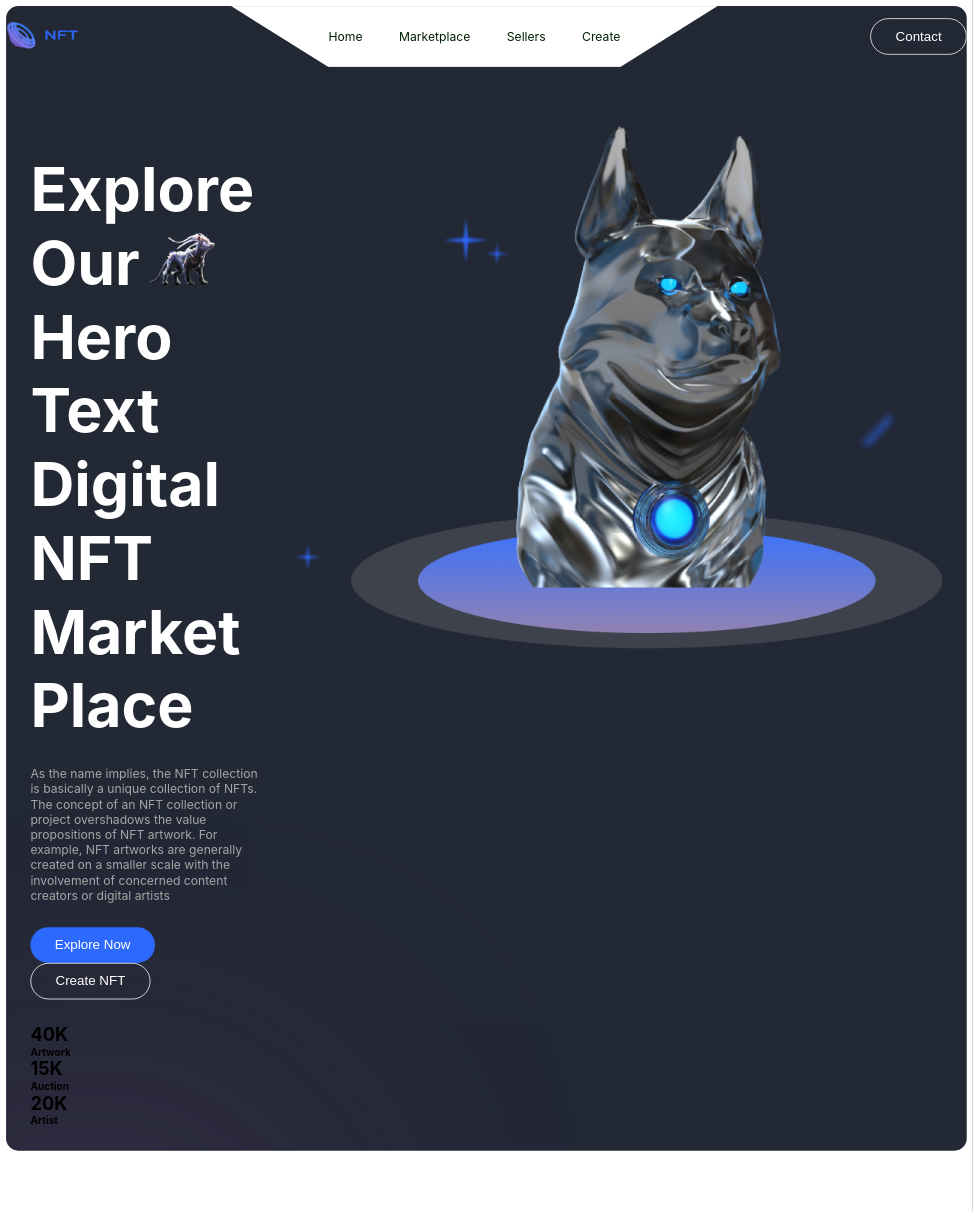
Repository: Ellisvelandia/NFT
Page: /
An editor plug-in stored every save of this project. The page is shown before and after the next save, followed by the edit.
The browser window is 1280 px wide. The pictures show the whole page, at 76% of full size.
The project was rebuilt for these pictures with package versions that can differ from the ones it lists, and the page was loaded fresh each time.

Above is the page before, as saved 2022-08-21 15:33:45.

After the next save:
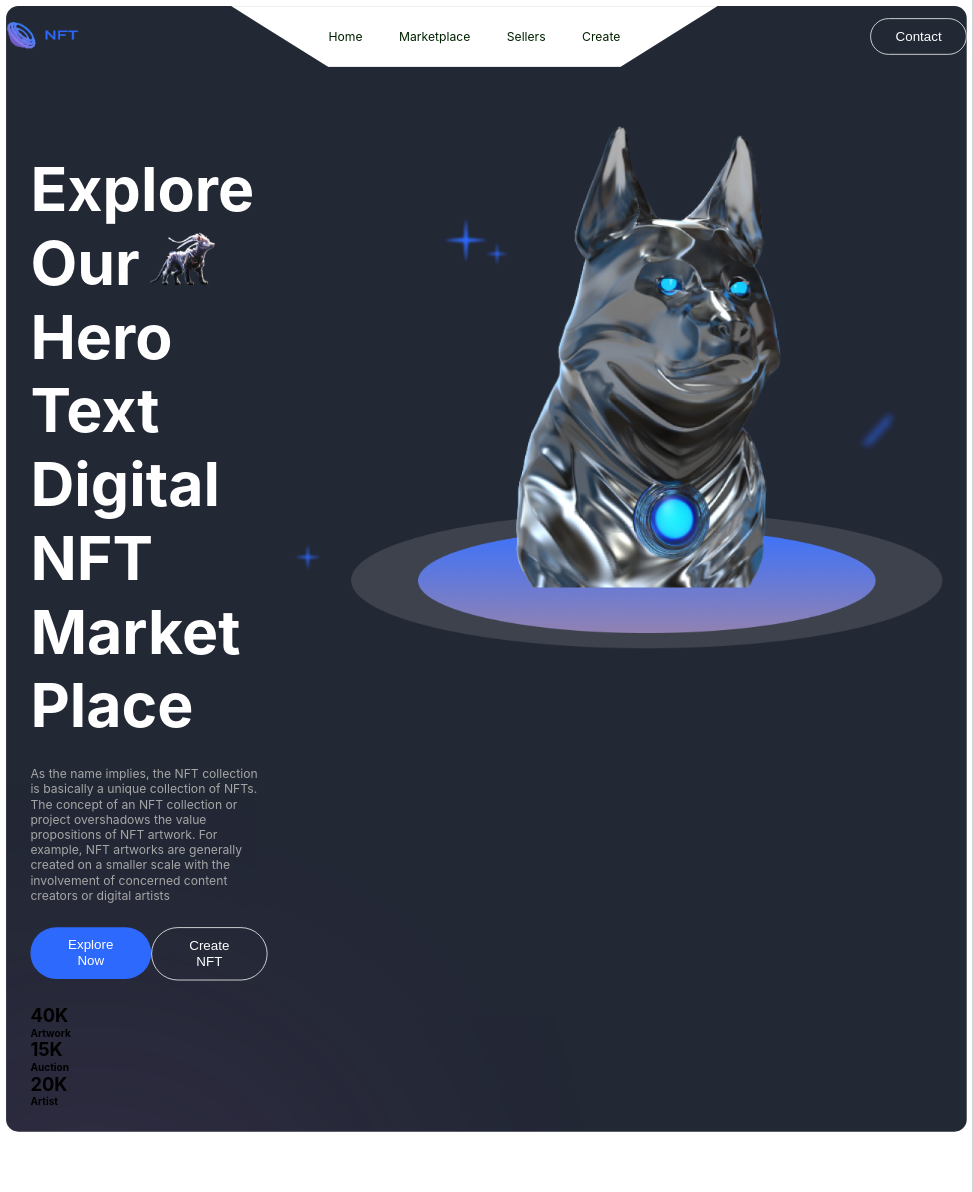
Saved 57 s later.
--- a/src/components/Home.jsx
+++ b/src/components/Home.jsx
@@ -90,6 +90,9 @@
       p {
         color:#a6a6a6;
       }
+      .buttons {
+        display:flex;
+      }
     }
   }
 `;
